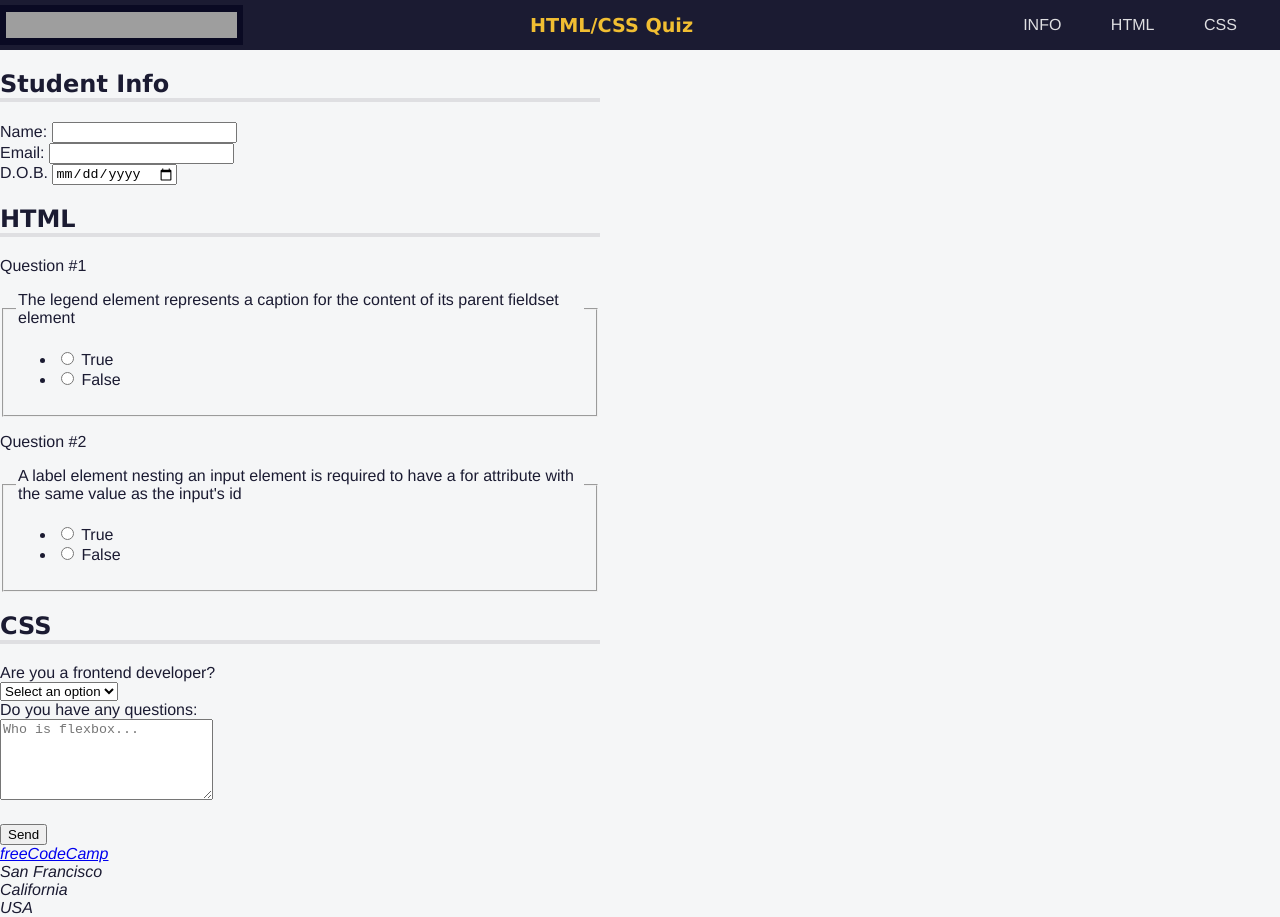
Repository: cipdanila/freeCodeCamp
Page: Quiz/index.html
The author's editor kept a copy of each file at every save. The page is drawn from the files as they stood at one save, then again after the next save.
The browser window is 1280 px wide. The pictures show the whole page.
Pictures or frames that could not be fetched are drawn as grey boxes.

Above is the page before, as saved 2023-10-18 19:25:57.

### Quiz/index.html
<!DOCTYPE html>
<html lang="en">
    <head>
        <meta charset="UTF-8" />
        <meta name="viewport" content="width=device-width, initial-scale=1.0" />
        <meta
            name="description"
            content="freeCodeCamp Accessibility Quiz practice project"
        />
        <title>Accessibility Quiz</title>
        <link rel="stylesheet" href="styles.css" />
    </head>
    <body>
        <header>
            <img
                id="logo"
                src="https://cdn.freecodecamp.org/platform/universal/fcc_primary.svg"
            />
            <h1>HTML/CSS Quiz</h1>
            <nav>
                <ul>
                    <li><a href="#student-info">INFO</a></li>
                    <li><a href="#html-questions">HTML</a></li>
                    <li><a href="#css-questions">CSS</a></li>
                </ul>
            </nav>
        </header>
        <main>
            <form
                method="post"
                action="https://freecodecamp.org/practice-project/accessibility-quiz"
            >
                <section role="region" aria-labelledby="student-info">
                    <h2 id="student-info">Student Info</h2>
                    <div class="info">
                        <label for="student-name">Name:</label>
                        <input
                            type="text"
                            name="student-name"
                            id="student-name"
                        />
                    </div>
                    <div class="info">
                        <label for="student-email">Email:</label>
                        <input
                            type="email"
                            name="student-email"
                            id="student-email"
                        />
                    </div>
                    <div class="info">
                        <label for="birth-date"
                            >D.O.B.<span class="sr-only"
                                >(Date of Birth)</span
                            ></label
                        >
                        <input type="date" name="birth-date" id="birth-date" />
                    </div>
                </section>
                <section role="region" aria-labelledby="html-questions">
                    <h2 id="html-questions">HTML</h2>
                    <div class="question-block">
                        <p>1</p>
                        <fieldset class="question" name="html-question-one">
                            <legend>
                                The legend element represents a caption for the
                                content of its parent fieldset element
                            </legend>
                            <ul class="answers-list">
                                <li>
                                    <label for="q1-a1">
                                        <input
                                            type="radio"
                                            id="q1-a1"
                                            name="q1"
                                            value="true"
                                        />
                                        True
                                    </label>
                                </li>
                                <li>
                                    <label for="q1-a2">
                                        <input
                                            type="radio"
                                            id="q1-a2"
                                            name="q1"
                                            value="false"
                                        />
                                        False
                                    </label>
                                </li>
                            </ul>
                        </fieldset>
                    </div>
                    <div class="question-block">
                        <p>2</p>
                        <fieldset class="question" name="html-question-two">
                            <legend>
                                A label element nesting an input element is
                                required to have a for attribute with the same
                                value as the input's id
                            </legend>
                            <ul class="answers-list">
                                <li>
                                    <label for="q2-a1">
                                        <input
                                            type="radio"
                                            id="q2-a1"
                                            name="q2"
                                            value="true"
                                        />
                                        True
                                    </label>
                                </li>
                                <li>
                                    <label for="q2-a2">
                                        <input
                                            type="radio"
                                            id="q2-a2"
                                            name="q2"
                                            value="false"
                                        />
                                        False
                                    </label>
                                </li>
                            </ul>
                        </fieldset>
                    </div>
                </section>
                <section role="region" aria-labelledby="css-questions">
                    <h2 id="css-questions">CSS</h2>
                    <div class="formrow">
                        <div class="question-block">
                            <label for="customer"
                                >Are you a frontend developer?</label
                            >
                        </div>
                        <div class="answer">
                            <select name="customer" id="customer" required>
                                <option value="">Select an option</option>
                                <option value="yes">Yes</option>
                                <option value="no">No</option>
                            </select>
                        </div>
                        <div class="question-block">
                            <label for="css-questions"
                                >Do you have any questions:</label
                            >
                        </div>
                        <div class="answer">
                            <textarea
                                id="css-questions"
                                name="css-questions"
                                rows="5"
                                cols="24"
                                placeholder="Who is flexbox..."
                            ></textarea>
                        </div>
                    </div>
                </section>
                <button type="submit">Send</button>
            </form>
        </main>
        <footer>
            <address>
                <a href="https://freecodecamp.org">freeCodeCamp</a><br />
                San Francisco<br />
                California<br />
                USA
            </address>
        </footer>
    </body>
</html>

### Quiz/styles.css
body {
    background: #f5f6f7;
    color: #1b1b32;
    font-family: Helvetica;
    margin: 0;
}

header {
    width: 100%;
    height: 50px;
    background-color: #1b1b32;
    display: flex;
    justify-content: space-between;
    align-items: center;
    position: fixed;
    top: 0;
}

#logo {
    width: max(100px, 18vw);
    background-color: #0a0a23;
    aspect-ratio: 35 / 4;
    padding: 0.4rem;
}

h1 {
    color: #f1be32;
    font-size: min(5vw, 1.2em);
    text-align: center;
}

nav {
    width: 50%;
    max-width: 300px;
    height: 50px;
}

nav > ul {
    display: flex;
    justify-content: space-evenly;
    flex-wrap: wrap;
    align-items: center;
    padding-inline-start: 0;
    margin-block: 0;
    height: 100%;
}

nav > ul > li {
    color: #dfdfe2;
    margin: 0 0.2rem;
    padding: 0.2rem;
    display: block;
}

nav > ul > li:hover {
    background-color: #dfdfe2;
    color: #1b1b32;
    cursor: pointer;
}

li > a {
    color: inherit;
    text-decoration: none;
}

main {
    padding-top: 50px;
}

section {
    width: 80%;
    max-width: 600px;
    margin-bottom: 20px;
}

h1,
h2 {
    font-family: Verdana, Tahoma;
}

h2 {
    border-bottom: 4px solid #dfdfe2;
}

p::before {
    content: "Question #";
}

.sr-only {
    position: absolute;
    width: 1px;
    height: 1px;
    padding: 0;
    margin: -1px;
    overflow: hidden;
    clip: rect(0, 0, 0, 0);
    white-space: nowrap;
    border: 0;
}

After the next save:
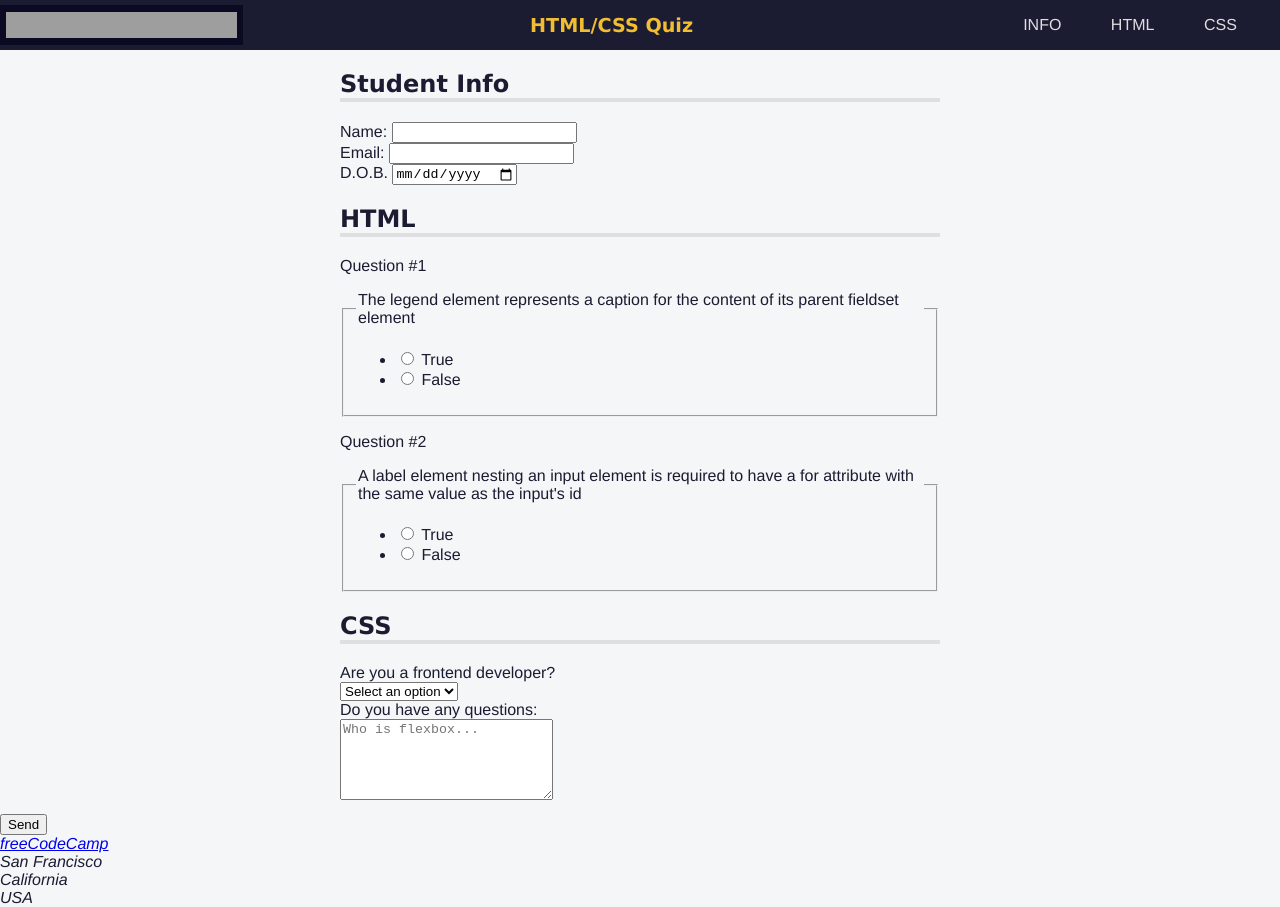
Saved 93 s later.
--- a/Quiz/styles.css
+++ b/Quiz/styles.css
@@ -70,7 +70,7 @@
 section {
     width: 80%;
     max-width: 600px;
-    margin-bottom: 20px;
+    margin: 0 auto 10px auto;
 }
 
 h1,
